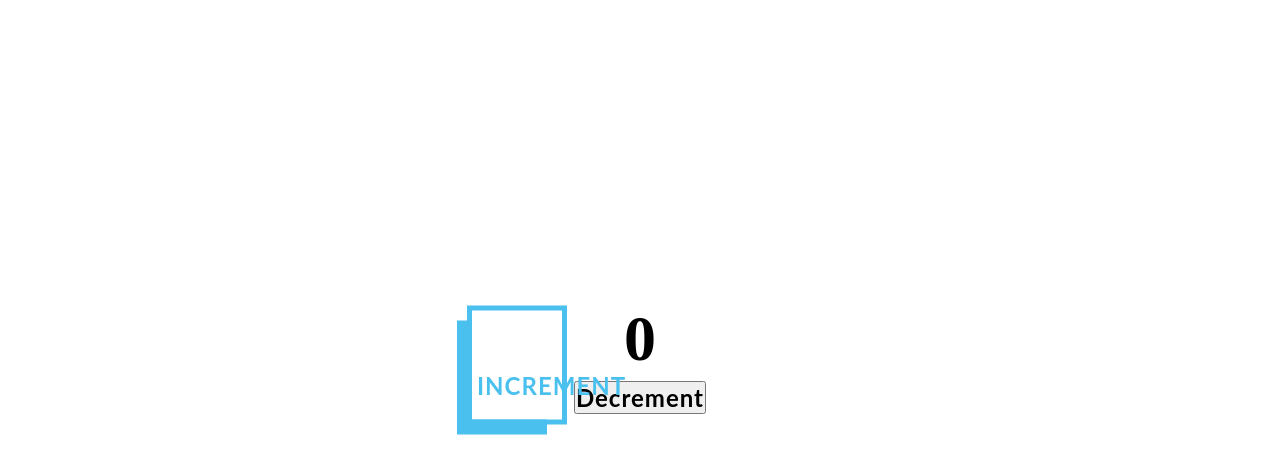
Repository: Ellisvelandia/react_introduction_test
Page: /
The author's editor kept a copy of each file at every save. The page is drawn from the files as they stood at one save, then again after the next save.
The browser window is 1280 px wide. The pictures show the whole page.
The project was rebuilt for these pictures with package versions that can differ from the ones it lists, and the page was loaded fresh each time. Also part of the build but not shown: src/index.css.

Above is the page before, as saved 2022-08-15 20:07:00.

After the next save:
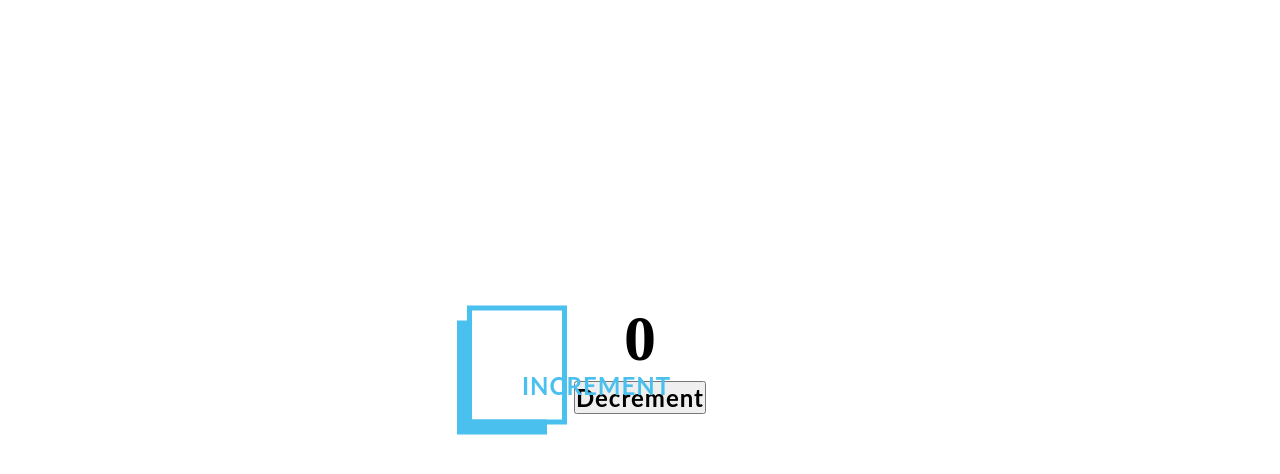
Saved 6 s later.
--- a/src/App.scss
+++ b/src/App.scss
@@ -40,7 +40,7 @@ button {
 
   background: #fff;
   max-width: 100px;
-  padding: 60px 5px  20px;
+  padding: 60px 5px  20px  50px;
 
   border: 5px solid #4ac0ee;
   color: #4ac0ee;
